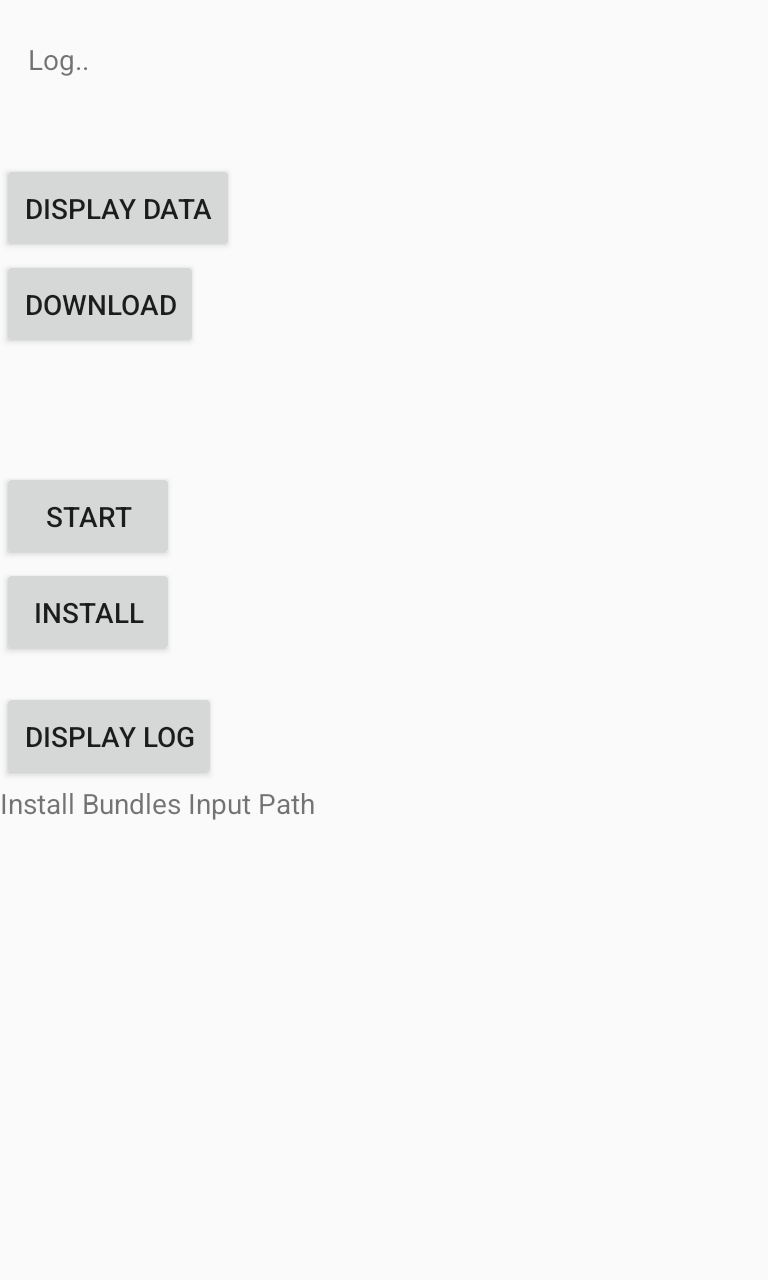
Repository: theodosiac/gyroscope_Rest_Android
Layout: HelloFelix/res/layout/activity_main.xml
An editor plug-in stored every save of this project. The layout is shown before and after the next save, followed by the edit.
It is drawn on a 768 x 1280 px phone screen (xhdpi) without system bars, with theme AppTheme; the app's code is not run.

Above is the layout before, as saved 2015-03-25 18:28:25.

After the next save:
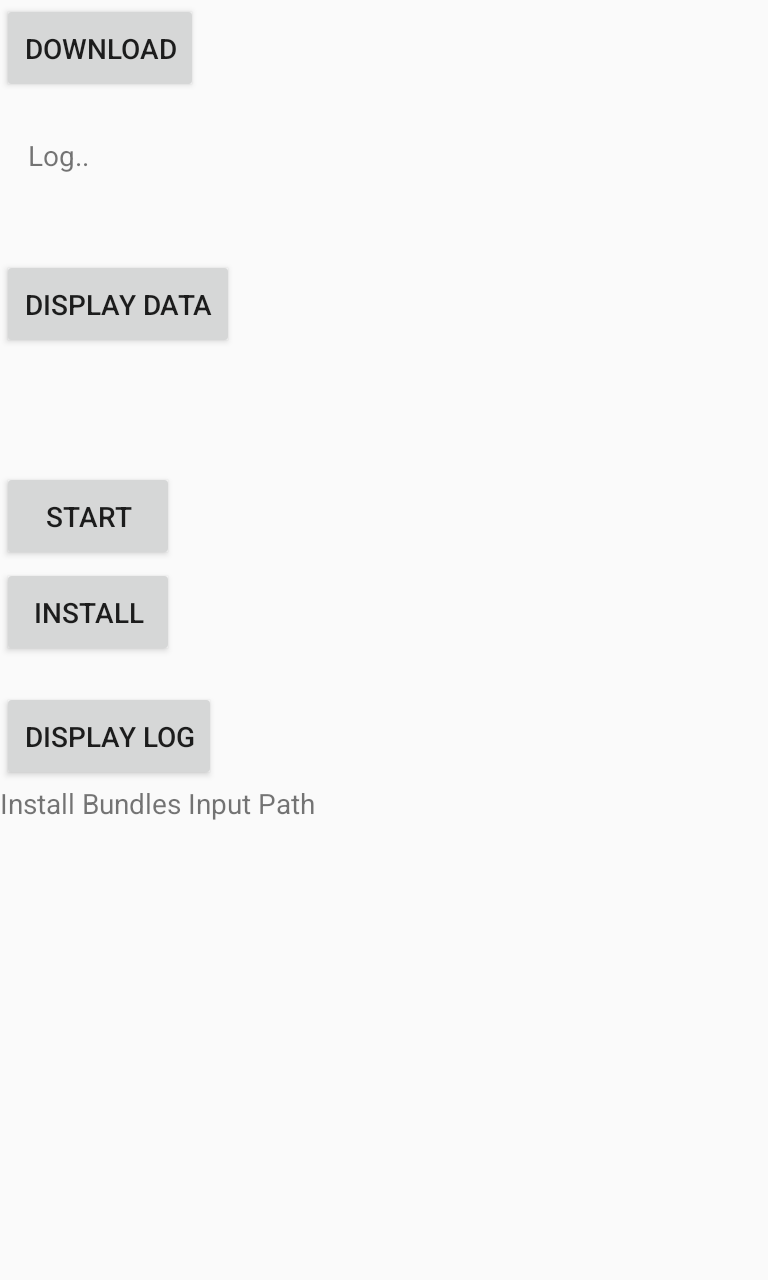
Saved 100 s later.
--- a/HelloFelix/res/layout/activity_main.xml
+++ b/HelloFelix/res/layout/activity_main.xml
@@ -5,6 +5,13 @@
     android:layout_height="match_parent"
     android:orientation="vertical"
     tools:context=".MainActivity" >
+
+    <Button
+        android:id="@+id/button5"
+        android:layout_width="wrap_content"
+        android:layout_height="wrap_content"
+        android:onClick="DownloadBundle"
+        android:text="Download" />
 
     <TextView
         android:id="@+id/text_view"
@@ -15,6 +22,7 @@
         android:layout_marginLeft="14dp"
         android:layout_marginTop="20dp"
         android:text="Log.." />
+
     <Button
         android:id="@+id/button1"
         android:layout_width="wrap_content"
@@ -24,15 +32,6 @@
         android:layout_marginTop="41dp"
         android:onClick="displayData"
         android:text="@string/button_displayData" />
-
-    <Button
-        android:id="@+id/button5"
-        android:layout_width="wrap_content"
-        android:layout_height="wrap_content"
-        android:layout_alignRight="@+id/button1"
-        android:layout_below="@+id/text_view"
-        android:onClick="DownloadBundle"
-        android:text="Download" />
 
     <Button
         android:id="@+id/button4"
